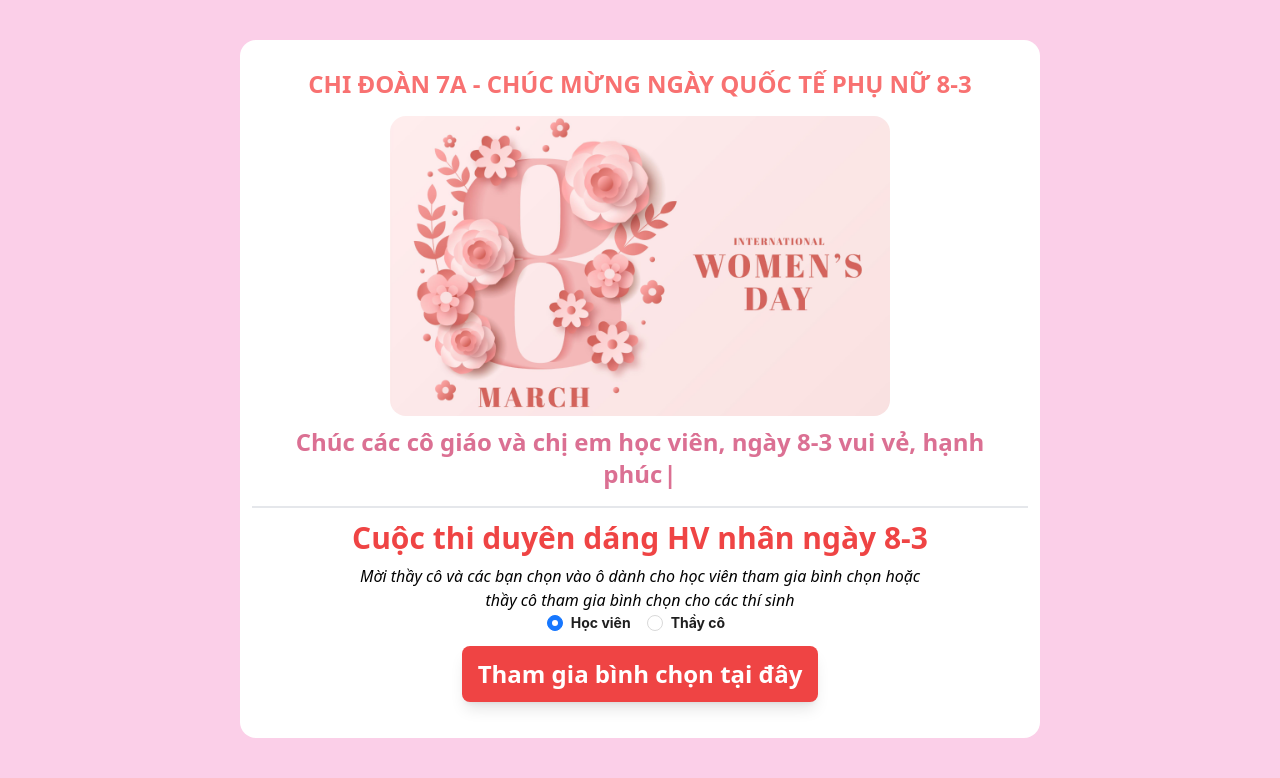
Repository: hoang0508/web-837A
Page: /
These files come from the project's save history. The page is drawn as it stood at one moment and after the next save; the edit follows.
The browser window is 1280 px wide. The pictures show the whole page.
Some web fonts or font styles are not loaded; a fallback is used. The project was rebuilt for these pictures with package versions that can differ from the ones it lists, and the page was loaded fresh each time. Also part of the build but not shown: vite.config.js.

Above is the page before, as saved 2025-02-28 19:47:59.

### index.html
<!DOCTYPE html>
<html lang="en">
  <head>
    <meta charset="UTF-8" />
    <link rel="icon" type="image/svg+xml" href="/vite.svg" />
    <meta name="viewport" content="width=device-width, initial-scale=1.0" />
    <link rel="preconnect" href="https://fonts.googleapis.com" />
    <link rel="preconnect" href="https://fonts.gstatic.com" crossorigin />
    <link
      href="https://fonts.googleapis.com/css2?family=Bai+Jamjuree:ital,wght@0,200;0,300;0,400;0,500;0,600;0,700;1,200;1,300;1,400;1,500;1,600;1,700&family=Montserrat:ital,wght@0,100..900;1,100..900&display=swap"
      rel="stylesheet"
    />
    <title>Vite + React</title>
  </head>
  <body>
    <div id="root"></div>
    <script type="module" src="/src/main.jsx"></script>
  </body>
</html>

### src/index.css
@import url("https://fonts.googleapis.com/css2?family=Bai+Jamjuree:ital,wght@0,200;0,300;0,400;0,500;0,600;0,700;1,200;1,300;1,400;1,500;1,600;1,700&family=Montserrat:ital,wght@0,100..900;1,100..900&display=swap");
@tailwind base;
@tailwind components;
@tailwind utilities;
*,
*:before,
*:after {
  box-sizing: border-box;
}

img,
picture,
svg,
video {
  display: block;
  max-width: 100%;
}
input,
select,
textarea {
  background-color: transparent;
  outline: none;
}
button {
  cursor: pointer;
  background-color: transparent;
  outline: none;
  border: 0;
}
body {
  min-height: 100vh;
  font-weight: 400;
  font-size: 16px;
  line-height: 1;
}

.Typewriter {
  margin: 10px;
  color: palevioletred;
  text-align: center;
  height: 70px;
}

### src/App.jsx
import { useState } from "react";
import reactLogo from "./assets/react.svg";
import anh83 from "./assets/anh832.png";
import Typewriter from "typewriter-effect";

import { Radio } from "antd";

import "./index.css";

function App() {
  const [count, setCount] = useState(0);
  const [value, setValue] = useState(1);
  console.log("🚀 ~ App ~ value:", value);

  const onChange = (e) => {
    setValue(e.target.value);
  };

  return (
    <>
      <div className="text-2xl font-bold  bg-pink-200 min-h-screen p-10">
        <div className="bg-white shadow-3xl p-3 w-[800px]  my-0 mx-auto rounded-2xl">
          <h1 className="text-center text-red-400 p-4 uppercase">
            Chi đoàn 7A - CHÚC MỪNG NGÀY QUỐC TẾ PHỤ NỮ 8-3
          </h1>
          <div className="mx-auto w-[500px] h-[300px]">
            <img
              src={anh83}
              alt="##"
              className="w-full h-full object-cover rounded-2xl"
            />
          </div>
          <div className="border-b-2 border-gray-200">
            <Typewriter
              options={{
                strings: [
                  `${"Chúc các cô giáo và chị em học viên, ngày 8-3 vui vẻ, hạnh phúc, luôn mạnh khỏe và thành công! 🌸💐❤️❤️❤️💰"}`,
                ],
                delay: 75,
                autoStart: true,
                loop: true,
              }}
            />
          </div>
          <div className="my-3">
            <h3 className="text-center font-bold text-red-500 mb-2 text-3xl">
              Cuộc thi duyên dáng HV nhân ngày 8-3
            </h3>
            <div className="flex justify-center items-center">
              <p className="text-center italic text-base max-w-xl font-light">
                Mời thầy cô và các bạn chọn vào ô dành cho học viên tham gia
                bình chọn hoặc thầy cô tham gia bình chọn cho các thí sinh
              </p>
            </div>
            <div className="flex items-center justify-center">
              <Radio.Group
                className="custom-radio"
                onChange={onChange}
                value={value}
                options={[
                  { value: 1, label: "Học viên" },
                  { value: 2, label: "Thầy cô" },
                ]}
              />
            </div>
            <div className="py-3 flex justify-center items-center">
              <button
                onClick={(e) => handleClickBtn(e)}
                className="flex justify-center items-center py-3 px-4 bg-red-500 rounded-lg shadow-lg text-white"
              >
                Tham gia bình chọn tại đây
              </button>
            </div>
          </div>
        </div>
      </div>
    </>
  );
}

export default App;

### tailwind.config.js
/** @type {import('tailwindcss').Config} */
export default {
  content: ["./index.html", "./src/**/*.{js,ts,jsx,tsx}"],
  theme: {
    extend: {
      keyframes: {
        typing: {
          "0%": {
            width: "0%",
            visibility: "hidden",
          },
          "100%": {
            width: "100%",
          },
        },
        blink: {
          "50%": {
            borderColor: "transparent",
          },
          "100%": {
            borderColor: "white",
          },
        },
      },
      animation: {
        typing: "typing 5s steps(40) infinite alternate, blink .10s infinite",
      },
    },
  },
  plugins: [],
};

Loaded but not shown: src/main.jsx (common file)

After the next save:
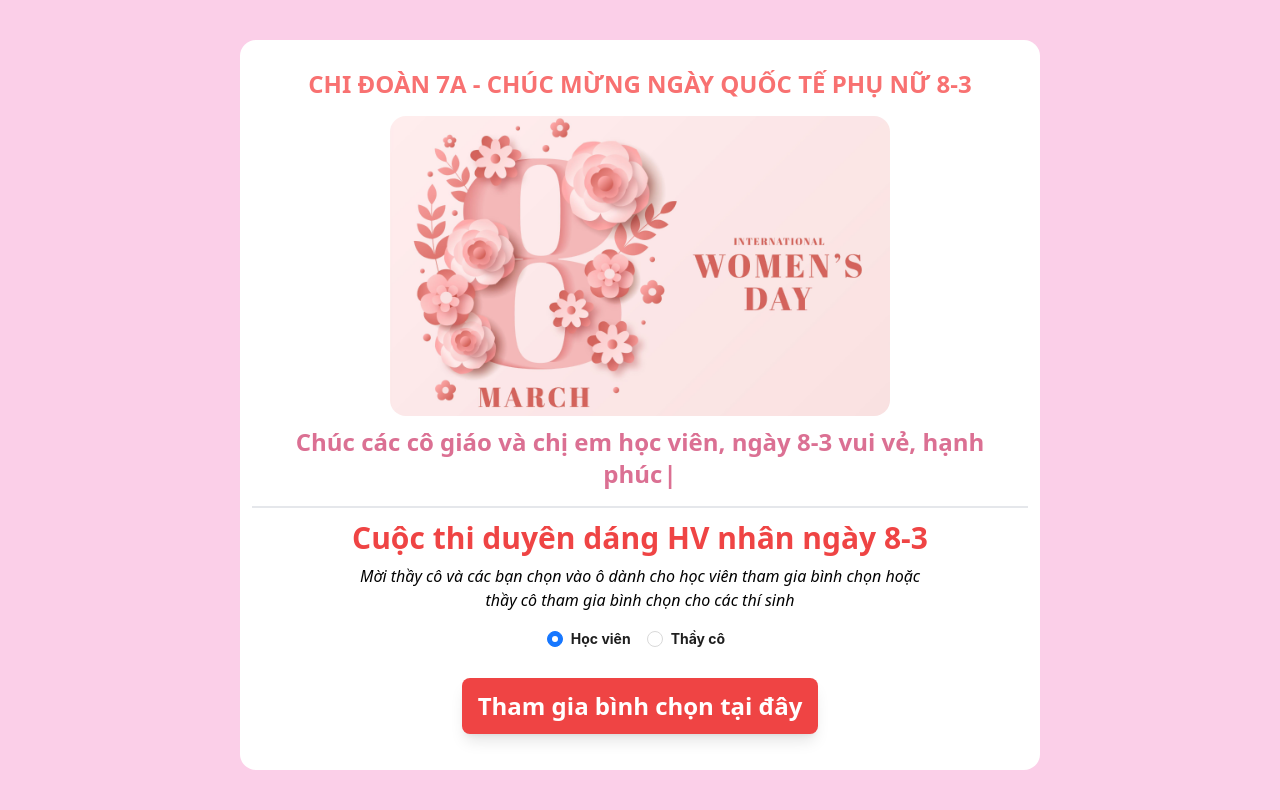
Saved 8 s later.
--- a/src/App.jsx
+++ b/src/App.jsx
@@ -52,7 +52,7 @@ function App() {
                 bình chọn hoặc thầy cô tham gia bình chọn cho các thí sinh
               </p>
             </div>
-            <div className="flex items-center justify-center">
+            <div className="flex items-center justify-center my-4">
               <Radio.Group
                 className="custom-radio"
                 onChange={onChange}
